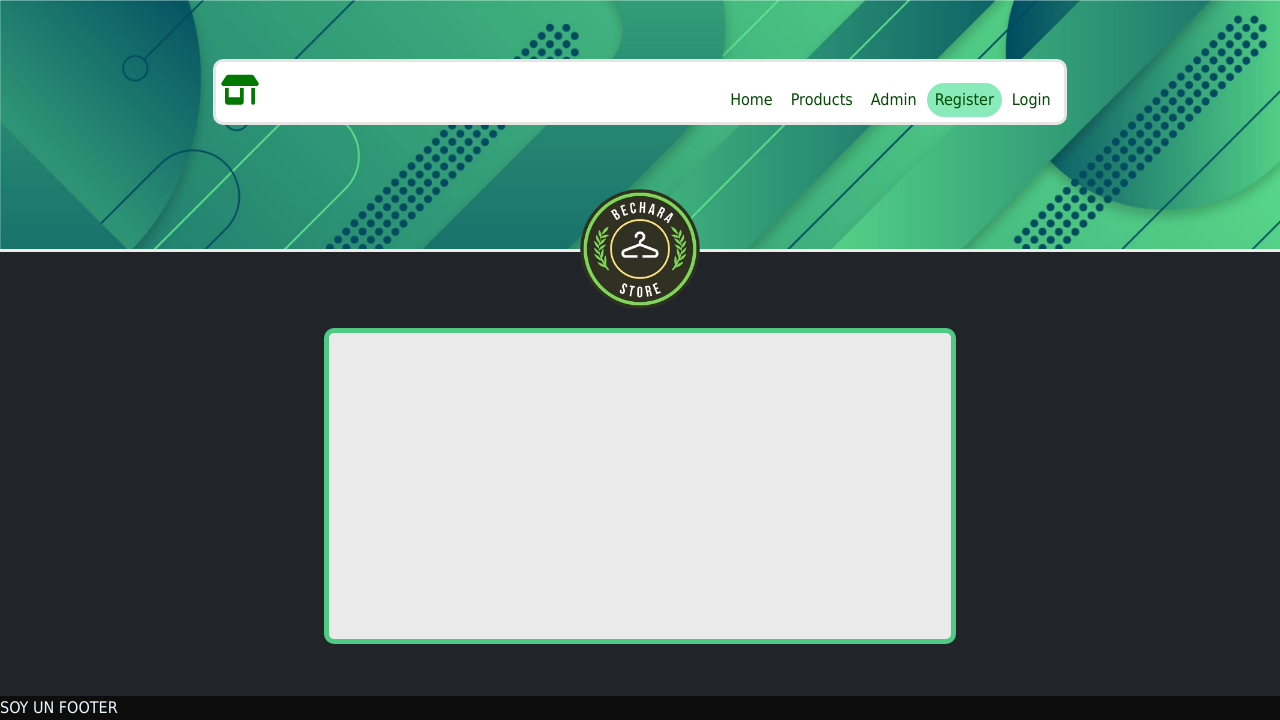
Repository: bechara611/becharastore
Page: /Register
The author's editor kept a copy of each file at every save. The page is drawn from the files as they stood at one save, then again after the next save.
The browser window is 1280 px wide. The pictures show the whole page.
The project was rebuilt for these pictures with package versions that can differ from the ones it lists, and the page was loaded fresh each time. Also part of the build but not shown: src/Auth/components/Login.jsx.

Above is the page before, as saved 2023-01-27 15:50:16.

After the next save:
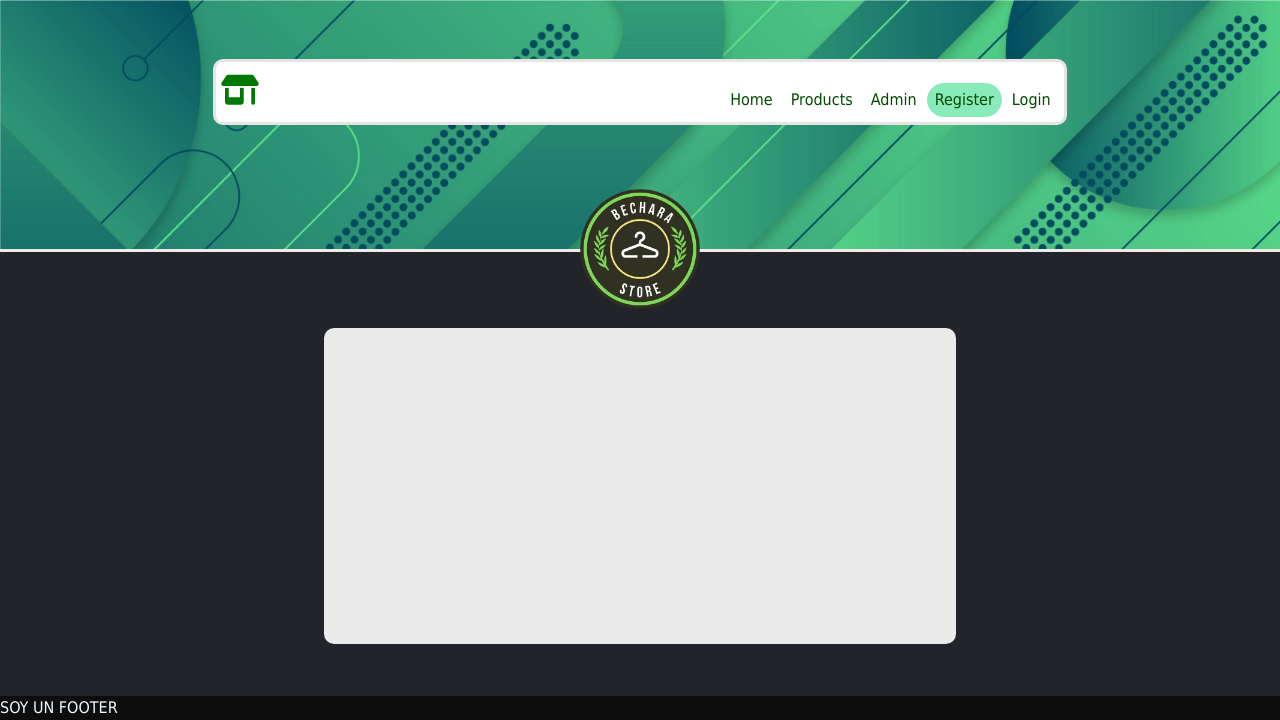
Saved 9 s later.
--- a/src/Auth/components/Login.css
+++ b/src/Auth/components/Login.css
@@ -14,6 +14,6 @@
     background: var(--verde5);
     background: rgb(235, 234, 234);
     border-radius: 10px;
-    border: 5px solid var(--verde4);
+
     height: 70%;
 }
